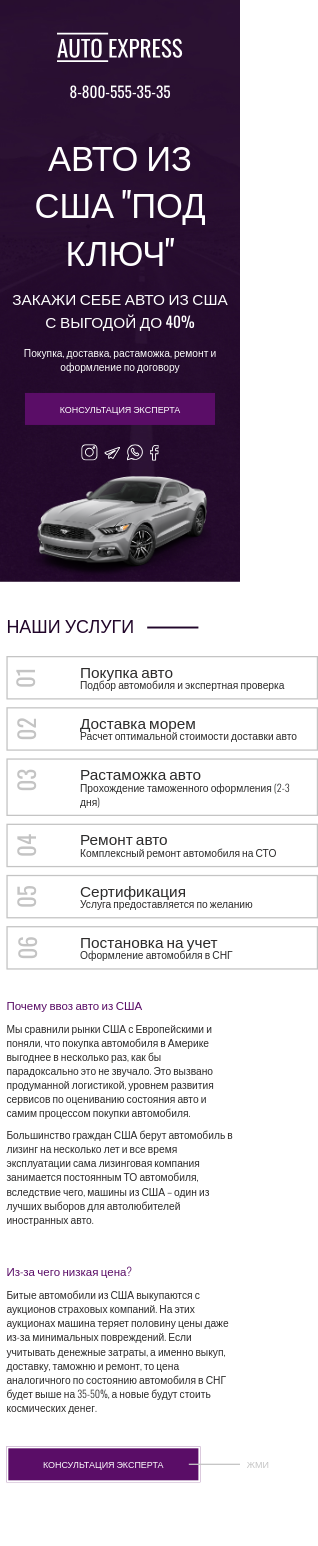
Repository: AlexandrLewandowski/site-1
Page: index.html
These files come from the project's save history. The page is drawn as it stood at one moment and after the next save; the edit follows.
The browser window is 375 px wide. The page is 497 px wide, then 444 px, so the pictures cover 497 px, including what lies to the right of the window. The pictures show the whole page, at 64% of full size.

Above is the page before, as saved 2024-05-10 19:30:09.

### index.html
<!DOCTYPE html>
<html lang="en">

<head>
    <meta charset="UTF-8">
    <meta name="viewport" content="width=device-width, initial-scale=1.0">
    <meta http-equiv="X-UA-Compatible" content="ie=edge">
    <title>Mustang</title>
    <link rel="preconnect" href="https://fonts.googleapis.com">
    <link rel="preconnect" href="https://fonts.gstatic.com" crossorigin>
    <link href="https://fonts.googleapis.com/css2?family=Oswald:wght@300;400&display=swap" rel="stylesheet">
    <link rel="stylesheet" href="css/reset.css">
    <link rel="stylesheet" href="css/slick.css">
    <link rel="stylesheet" href="css/jquery.fancybox.css">
    <link rel="stylesheet" href="css/style.css">
</head>

<body>

    <header class="header">
        <div class="container">
            <div class="header__top">
                <a class="logo" href="#">
                    <img class="logo__img" src="images/logo.svg" alt="logo">
                </a>
                <a class="phone" href="tel:88005553535">8-800-555-35-35</a>
            </div>
            <div class="header__content">
                <h1 class="header__title">
                    Авто из США "под ключ"
                </h1>
                <h2 class="header__subtitle">
                    Закажи себе авто из США с выгодой до 40%
                </h2>
                <p class="header__text">
                    Покупка, доставка, растаможка, ремонт и оформление по договору
                </p>
                <a class="button" href="#">консультация эксперта</a>
                <div class="social header__social">
                    <a class="social__link" href="#">
                        <img class="social__img" src="images/icon/instagram.svg" alt="">
                    </a>
                    <a class="social__link" href="#">
                        <img class="social__img" src="images/icon/telegram.svg" alt="">
                    </a>
                    <a class="social__link" href="#">
                        <img class="social__img" src="images/icon/whatsapp.svg" alt="">
                    </a>
                    <a class="social__link" href="#">
                        <img class="social__img" src="images/icon/facebook.svg" alt="">
                    </a>
                </div>
                <img class="header__images" src="images/ford-mustang.png" alt="ford mustang">
            </div>
        </div>
    </header>

    <section class="services">
        <div class="container">
            <h2 class="title">Наши услуги</h2>
            <div class="services__inner">
                <div class="services__content">
                    <div class="services__content-box">
                        <h6 class="services__content-title">
                            Почему ввоз авто из США
                        </h6>
                        <div class="services__content-textbox">
                            <p class="services__content-text">
                                Мы сравнили рынки США с Европейскими и поняли, что покупка автомобиля в Америке выгоднее
                                в несколько раз, как бы парадоксально это не звучало. Это вызвано продуманной
                                логистикой, уровнем развития сервисов по оцениванию состояния авто и самим процессом
                                покупки автомобиля.
                            </p>
                            <p class="services__content-text">
                                Большинство граждан США берут автомобиль в лизинг на несколько лет и все время
                                эксплуатации сама лизинговая компания занимается постоянным ТО автомобиля, вследствие
                                чего, машины из США – один из лучших выборов для автолюбителей иностранных авто.
                            </p>
                        </div>
                    </div>
                    <div class="services__content-box">
                        <h6 class="services__content-title">
                            Из-за чего низкая цена?
                        </h6>
                        <div class="services__content-textbox">
                            <p class="services__content-text">
                                Битые автомобили из США выкупаются с аукционов страховых компаний. На этих аукционах
                                машина теряет половину цены даже из-за минимальных повреждений. Если учитывать денежные
                                затраты, а именно выкуп, доставку, таможню и ремонт, то цена аналогичного по состоянию
                                автомобиля в СНГ будет выше на 35-50%, а новые будут стоить космических денег.
                            </p>
                        </div>
                    </div>
                    <a class="button button--decor" href="#">консультация эксперта</a>
                </div>
                <ol class="services__list">
                    <li class="services__item">
                        <p class="services__item-title">Покупка авто</p>
                        <p class="services__item-text">Подбор автомобиля и экспертная проверка</p>
                    </li>
                    <li class="services__item">
                        <p class="services__item-title">Доставка морем</p>
                        <p class="services__item-text">Расчет оптимальной стоимости доставки авто</p>
                    </li>
                    <li class="services__item">
                        <p class="services__item-title">Растаможка авто</p>
                        <p class="services__item-text">Прохождение таможенного оформления (2-3 дня)</p>
                    </li>
                    <li class="services__item">
                        <p class="services__item-title">Ремонт авто</p>
                        <p class="services__item-text">Комплексный ремонт автомобиля на СТО</p>
                    </li>
                    <li class="services__item">
                        <p class="services__item-title">Сертификация</p>
                        <p class="services__item-text">Услуга предоставляется по желанию</p>
                    </li>
                    <li class="services__item">
                        <p class="services__item-title">Постановка на учет</p>
                        <p class="services__item-text">Оформление автомобиля в СНГ</p>
                    </li>
                </ol>
            </div>
        </div>
    </section>
    <!--<section class="benefits">
        <div class="container">
            <div class="benefits__inner">
                <img CLASS="benefits__images" src="images/car.png" alt="car">
                <div class="benefits__content">
                    <h2 class="title benefits__title">Почему мы?</h2>
                    <ul class="benefits__list">
                        <li class="benefits__item">
                            <p class="benefits__item-num">
                                650
                            </p>
                            <p class="benefits__item-title">Успешно доставленных авто</p>
                            <p class="benefits__item-text">Большой опыт пригона автомобилей из США под ключ, все клиенты
                                остались довольны</p>
                        </li>
                        <li class="benefits__item">
                            <p class="benefits__item-num">
                                5
                            </p>
                            <p class="benefits__item-title">лет на рынке СНГ</p>
                            <p class="benefits__item-text">Работает по всей территории СНГ, работаем по договору с
                                клиентами</p>
                        </li>
                        <li class="benefits__item">
                            <p class="benefits__item-num">
                                100%
                            </p>
                            <p class="benefits__item-title">доверия клиентов</p>
                            <p class="benefits__item-text">Онлайн отчетность. Вы всегда в курсе статуса подбора вашего
                                авто. Фото и видео отчет</p>
                        </li>
                    </ul>
                </div>
            </div>
        </div>
    </section>
    <section class="carousel">
        <div class="container">
            <h2 class="title">
                Пригнанные нами авто
            </h2>
            <div class="carousel__inner">
                <div class="carousel__item">
                    <div class="carousel__item-box">
                        <img class="carousel__item-img" src="images/carousel/1.jpg" alt="carousel1">
                        <h4 class="carousel__item-title">INFINITI WX50 2016г.</h4>
                        <p class="carousel__item-text">Экономия 4500$</p>
                    </div>
                </div>
                <div class="carousel__item">
                    <div class="carousel__item-box">
                        <img class="carousel__item-img" src="images/carousel/2.jpg" alt="carousel2">
                        <h4 class="carousel__item-title">TESLA MODEL 3 2018г.</h4>
                        <p class="carousel__item-text">Экономия 5500$</p>
                    </div>
                </div>
                <div class="carousel__item">
                    <div class="carousel__item-box">
                        <img class="carousel__item-img" src="images/carousel/3.jpg" alt="carousel3">
                        <h4 class="carousel__item-title">TESLA MODEL 3 2018г.</h4>
                        <p class="carousel__item-text">Экономия 5000$</p>
                    </div>
                </div>
                <div class="carousel__item">
                    <div class="carousel__item-box">
                        <img class="carousel__item-img" src="images/carousel/1.jpg" alt="carousel1">
                        <h4 class="carousel__item-title">INFINITI QX50 2017г.</h4>
                        <p class="carousel__item-text">Экономия 5000$</p>
                    </div>
                </div>
                <div class="carousel__item-box">
                    <img class="carousel__item-img" src="images/carousel/2.jpg" alt="carousel2">
                    <h4 class="carousel__item-title">INFINITI WX50 2016г.</h4>
                    <p class="carousel__item-text">Экономия 4500$</p>
                </div>
                <div class="carousel__item">
                    <div class="carousel__item-box">
                        <img class="carousel__item-img" src="images/carousel/3.jpg" alt="carousel3">
                        <h4 class="carousel__item-title">TESLA MODEL 3 2018г.</h4>
                        <p class="carousel__item-text">Экономия 5500$</p>
                    </div>
                </div>
                <div class="carousel__item">
                    <div class="carousel__item-box">
                        <img class="carousel__item-img" src="images/carousel/1.jpg" alt="carousel1">
                        <h4 class="carousel__item-title">TESLA MODEL 3 2018г.</h4>
                        <p class="carousel__item-text">Экономия 4500$</p>
                    </div>
                </div>
                <div class="carousel__item">
                    <div class="carousel__item-box">
                        <img class="carousel__item-img" src="images/carousel/2.jpg" alt="carousel2">
                        <h4 class="carousel__item-title">INFINITI QX50 2017г.</h4>
                        <p class="carousel__item-text">Экономия 5000$</p>
                    </div>
                </div>
            </div>
        </div>
    </section>
    <section class="contacts">
        <div class="container">
            <div class="contacts__inner">
                <div class="contacts__info">
                    <h2 class="title">
                        Контакты
                    </h2>
                    <ul class="contacts__list">
                        <li class="contacts__item">
                            <p class="contacts__item-title">Адрес</p>
                            <p class="contacts__item-text">г. Москва<br> ул. Академика Королёва, д. 12</p>
                        </li>
                        <li class="contacts__item">
                            <p class="contacts__item-title">Время работы</p>
                            <p class="contacts__item-text">Пн-Сб: с 09:00 до 19:00,<br>
                                Вс: выходной
                            </p>
                        </li>
                        <li class="contacts__item">
                            <p class="contacts__item-title">Телефон</p>
                            <p class="contacts__item-text">8-800-555-35-35</p>
                        </li>
                    </ul>
                </div>
                <form action="" class="contacts__form">
                    <h2 class="title contacts__title">Оставить заявку</h2>
                    <input class="contacts__input" type="text" placeholder="Как Вас зовут">
                    <input class="contacts__input" type="text" placeholder="Ваш номер телефона">
                    <button class="contacts__btn button" type="submit">Отправить заявку</button>
                </form>
            </div>
        </div>
    </section>
    <footer class="footer">
        <div class="container">
            <div class="footer__inner">
                <a class="logo" href="#">
                    <img class="logo__img" src="images/logo.svg" alt="logo">
                </a>
                <div class="social">
                    <a class="social__link" href="#">
                        <img class="social__img" src="images/icon/instagram.svg" alt="">
                    </a>
                    <a class="social__link" href="#">
                        <img class="social__img" src="images/icon/telegram.svg" alt="">
                    </a>
                    <a class="social__link" href="#">
                        <img class="social__img" src="images/icon/whatsapp.svg" alt="">
                    </a>
                    <a class="social__link" href="#">
                        <img class="social__img" src="images/icon/facebook.svg" alt="">
                    </a>
                </div>
                <a class="footer__copy">Политика конфиденциальности</a>
            </div>
        </div>
    </footer> -->

    <script src="https://ajax.googleapis.com/ajax/libs/jquery/3.4.1/jquery.min.js"></script>
    <script src="js/slick.min.js"></script>
    <script src="js/jquery.fancybox.min.js"></script>
    <script src="js/main.js"></script>
</body>

</html>

### css/style.css
*,
*::after *::before {
    box-sizing: border-box;
}

body {
    font-family: "Oswald", sans-serif;
    font-size: 18px;
    line-height: 27px;
    font-weight: 300;
    color: #2C2B2B;
}

a {
    text-decoration: none;
    color: inherit;
    display: inline-block;
}

.container {
    max-width: 1220px;
    margin: 0 auto;
    padding: 0 10px;
}

.header {
    background-image: url(../images/header-bg.jpg);
    background-repeat: no-repeat;
    background-size: cover;
    background-position: top center;
    min-height: 700px;
    color: #fff;
}

.header__top {
    padding: 47px 0 46px;
    display: flex;
    justify-content: space-between;
    align-items: center;
}

.phone {
    font-weight: 400;
    font-size: 36px;
    line-height: 54px;
}

.header__content {
    padding-top: 60px;
    position: relative;
}

.header__title {
    font-size: 72px;
    font-weight: 400;
    line-height: 107px;
    text-transform: uppercase;
}

.header__subtitle {
    font-size: 36px;
    line-height: 54px;
    font-weight: 400;
    text-transform: uppercase;
    margin-bottom: 30px;
}

.header__text {
    margin-bottom: 30px;
    max-width: 800px;
}

.button {
    font-size: 14px;
    line-height: 21px;
    text-transform: uppercase;
    padding: 14px 54px 15px;
    background-color: #5A0D67;
    transition: all .5s;
}

.button:hover {
    color: #5A0D67;
    background-color: #fff;
}

.header__social {
    padding: 70px 0 20px 70px;
}

.social {
    display: flex;
    align-items: center;
}

.social__link {
    margin: 0 5px;
}

.header__images {
    position: absolute;
    right: 0;
    bottom: -265px;
}

.services {
    padding-top: 350px;
}

.title {
    color: #21062A;
    font-size: 36px;
    line-height: 54px;
    font-weight: 400;
    text-transform: uppercase;
    margin-bottom: 50px;
    position: relative;
}

.title::after {
    content: '';
    width: 80px;
    height: 3px;
    background-color: #21062A;
    position: absolute;
    top: 20px;
    margin-left: 20px;
}

.services__inner {
    display: flex;
    margin-bottom: 100px;
}

.services__content {
    width: 505px;
    margin-right: 96px;
}


.services__content-title {
    color: #5A0D67;
    font-size: 18px;
    line-height: 27px;
    font-weight: 300;
    margin-bottom: 12px;
}

.services__content-textbox {
    margin-bottom: 57px;
}

.services__content-text {
    margin-bottom: 12px;
}

.button--decor {
    margin-top: -7px;
    color: #fff;
    border: solid;
    position: relative;
}

.button--decor::after {
    content: 'ЖМИ';
    color: #c4c4c4;
    margin-left: 130px;
    position: absolute;
}

.button--decor::before {
    content: '';
    width: 80px;
    height: 2px;
    background-color: #c4c4c4;
    position: absolute;
    right: -65px;
    top: 24px;
}

.services__list {
    list-style: none;
    counter-reset: my-counter;
}

.services__item {
    counter-increment: my-counter;
    border: 2px solid #c4c4c4;
    margin-bottom: 12px;
    width: 450px;
    padding: 10px 15px 10px 113px;
    position: relative;
    transition: all .5s;
    cursor: pointer;
}

.services__item::before {
    content: '0'counter(my-counter);
    position: absolute;
    left: 20px;
    font-size: 36px;
    line-height: 54px;
    font-weight: 400;
    color: #c4c4c4;
    transform: rotate(270deg);
    transition: all .5s;
}

.services__item:hover {
    border: 2px solid #5a0D67;
    width: 500px;
}

.services__item:hover .services__item-title {
    color: #5A0D67;

}

.services__item:hover::before {
    color: #5A0D67;
}

.services__item-title {
    font-size: 24px;
    font-weight: 300;
}

.benefits {
    margin-bottom: 100px;
}

.benefits__inner {
    display: flex;
}

.benefits__images {
    margin-right: 95px;
}

.benefits__content {
    width: 100%;
    color: #fff;
}

.benefits__title {
    margin-left: 185px;
}

.benefits__list {
    list-style: none;
    background-color: #21062A;
    padding: 25px 0 25px 185px;
}

.benefits__item {
    width: 320px;
    margin-bottom: 20px;
}

.benefits__item-num {
    font-size: 36px;
    line-height: 54px;
    font-weight: 400;
}

.benefits__item-title {
    font-size: 24px;
    line-height: 36px;
    font-weight: 300;
}

.benefits__item-text {
    color: #c4c4c4;

}

.carousel {
    margin-bottom: 100px;
}

.carousel__inner {
    margin: 0 -7px;
}

.carousel__item {
    margin: 0 7px;
}

.carousel__item-box {
    border: 1px solid #c4c4c4;
    padding: 6px 6px 16px 6px;
    text-align: center;
}

.carousel__item-box:hover {
    color: #fff;
    background-color: #5a0D67;
    border-color: #5A0D67;
    transition: all .5s;
}

.carousel__item-img {
    width: 100%;
    margin-bottom: 23px;
}

.carousel__item-title {
    font-weight: 300;
    margin-bottom: 5px;
}

.carousel .slick-dots {
    display: flex;
    justify-content: center;
    margin-top: 50px;
    list-style: none;
}

.carousel .slick-dots button {
    font-size: 0;
    border: none;
    padding: 0;
    margin: 0 10px;
    background-color: #c4c4c4;
    height: 1px;
    width: 50px;
}

.carousel .slick-active button {
    background-color: #5A0D67;
    height: 3px;
}

.contacts__inner {
    display: flex;
    justify-content: space-between;
}

.contacts__list {
    list-style: none;
}

.contacts__item {
    margin-bottom: 20px;
}

.contacts__item-title {
    color: #5A0D67;
}

.contacts__form {
    background-color: #210621;
    padding: 50px 75px 57px;
    text-align: center;
}

.contacts__title {
    color: #fff;
    margin-bottom: 16px;
    margin-left: 53px;
    text-align: left;
}

.contacts__title::after {
    background-color: #fff;
}

.contacts__input {
    background-color: transparent;
    width: 450px;
    height: 75px;
    color: #fff;
    border: 1px solid #fff;
    margin-bottom: 12px;
    display: block;
    font-size: 25px;
    padding: 0 15px;
    text-align: center;
}

.contacts__input::placeholder {
    text-align: center;
    font-family: 'Oswald', sans-serif;
    font-size: 18px;
    line-height: 27px;
    font-weight: 300;
    color: #c4c4c4;
}

.contacts__btn {
    border: none;
    color: #fff;
    margin-top: 78px;
    cursor: pointer;
}

.footer {
    background-color: #210621;
}

.footer__inner {
    display: flex;
    justify-content: space-between;
    align-items: center;
    color: #fff;
    height: 100px;
}

@media (max-width: 1140px) {
    .services__item:hover {
        width: 450px;
    }
}

@media (max-width: 1024px) {
    .header__images {
        width: 80%;
    }

    .services {
        padding-top: 250px;
    }

    .services__inner {
        flex-wrap: wrap;
    }

    .services__list {
        order: -1;
        margin-bottom: 30px;
        width: 100%;
    }

    .services__item {
        width: 100%;
    }

    .services__item:hover {
        width: 100%;
    }

    .services__content {
        width: 100%;
        margin-right: 0;
    }
}

@media (max-width: 900px) {
    .header__images {
        width: 80%;
    }

    .phone {
        font-size: 24px;
        line-height: 36px;
    }

    .header__title {
        font-size: 54px;
        line-height: 74px;
    }

    .header__subtitle {
        font-size: 24px;
        line-height: 36px;
        margin-bottom: 20px;
    }

    .header__social {
        padding: 30px 0 20px 55px;
    }
}

@media (max-width: 600px) {
    .header__content {
        padding-top: 0;
        text-align: center;
    }

    .header__social {
        padding: 30px 0 20px 0;
    }

    .social {
        justify-content: center;
    }

    .services {
        padding-top: 150px;
    }

    .title {
        font-size: 28px;
        line-height: 36px;
        margin-bottom: 30px;
    }

    body {
        font-size: 16px;
        line-height: 22px;
    }

    .services__item::before {
        top: 5px;
    }
}

@media (max-width: 520px) {
    .header__top {
        flex-wrap: wrap;
        justify-content: center;
        text-align: center;
    }

    .logo {
        margin-bottom: 20px;
        width: 100%;
    }

    .header__title {
        margin-bottom: 20px;
    }

    .header__images {
        position: static;
    }

    .services {
        padding-top: 50px;
    }

    .services__item {
        : 60px;

    }

    .services__item::before {
        left: 11px;

    }
}

@media (max-width: 340px) {
    .header__title {
        font-size: 44px;
        line-height: 50px;
    }
}

### js/main.js
$(function () {

    $('.carousel__inner').slick({
        arrows: false,
        dots: true,
        slidesToShow: 3
    });


});

Loaded but not shown: css/reset.css (common file); css/slick.css (common file); css/jquery.fancybox.css (library); js/slick.min.js (library); js/jquery.fancybox.min.js (library)

After the next save:
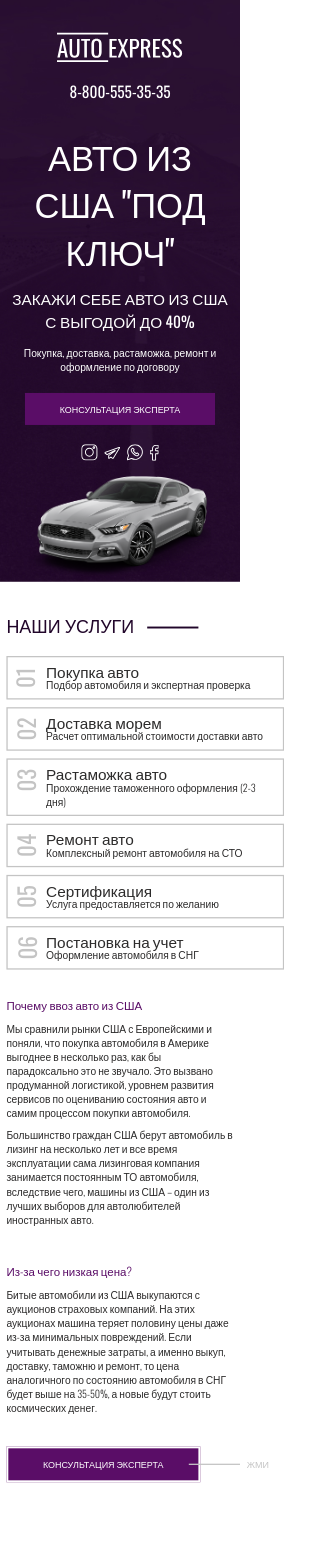
Saved 10 s later.
--- a/css/style.css
+++ b/css/style.css
@@ -530,8 +530,7 @@
     }
 
     .services__item {
-        : 60px;
-
+        padding-left: 60px;
     }
 
     .services__item::before {
